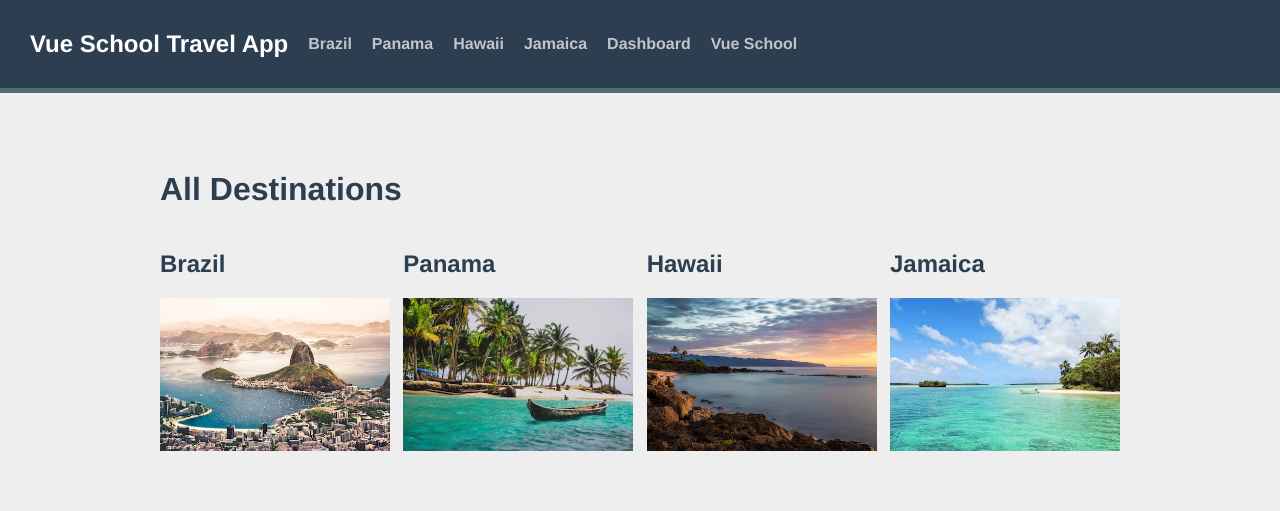
Repository: kyj2034/vue-school-travel-app
Page: /
These files come from the project's save history. The page is drawn as it stood at one moment and after the next save; the edit follows.
The browser window is 1280 px wide. The pictures show the whole page.
The project was rebuilt for these pictures with package versions that can differ from the ones it lists, and the page was loaded fresh each time. Also part of the build but not shown: vite.config.js.

Above is the page before, as saved 2022-09-02 14:35:48.

### index.html
<!DOCTYPE html>
<html lang="en">
  <head>
    <meta charset="UTF-8" />
    <link rel="icon" type="image/svg+xml" href="/vite.svg" />
    <link rel="stylesheet" href="\public\main.css"/>
    <meta name="viewport" content="width=device-width, initial-scale=1.0" />
    <title>Vite + Vue</title>
  </head>
  <body>
    <div id="app"></div>
    <script type="module" src="/src/main.js"></script>
  </body>
</html>

### public/main.css
*,
*:before,
*:after {
  box-sizing: border-box;
}
body {
  padding: 0;
  margin: 0;
  margin-top: 150px;
  background: #eee;
}
#app {
  font-family: Avenir, Helvetica, Arial, sans-serif;
  -webkit-font-smoothing: antialiased;
  -moz-osx-font-smoothing: grayscale;
  color: #2c3e50;
}
a,
a:visited {
  color: #2c3e50;
}
.container {
  margin: 0 auto;
  max-width: 960px;
}

/* Home */
.home img {
  max-width: 230px;
}
.home .destinations {
  display: flex;
  justify-content: space-between;
}

/* Navigation */
#nav {
  position: fixed;
  top: 0;
  left: 0;
  right: 0;
  margin-top: 0;
  padding: 30px;
  background: #2c3e50;
  color: white;
  display: flex;
  align-items: center;
  border-bottom: 5px solid #4e6c71;
  z-index: 2;
}
#nav a {
  display: inline-block;
  margin-right: 20px;
  color: white;
  opacity: 0.7;
  transition: 0.2 ease color;
}
#nav a.router-link-active,
#nav a:hover {
  opacity: 1;
}
#logo {
  font-weight: bold;
  font-size: 1.5rem;
  opacity: 1 !important;
}

a {
  text-decoration: none;
  font-weight: bold;
}

/* Destination Details */
.destination-details {
  display: flex;
  gap: 30px;
  align-items: center;
}
.destination-details img {
  border-radius: 4px;
  border: 3px solid white;
  box-shadow: 0 0 10px 0 rgba(0, 0, 0, 0.2);
}

/*Experiences*/
.experiences {
  padding-top: 30px;
  padding-bottom: 60px;
  margin-top: 30px;
  border-top: 1px solid #d4d4d4;
  box-shadow: 0px -1px #fbfbfb;
}
.experiences .card {
  border-radius: 4px;
  overflow: hidden;
  box-shadow: 0 0 5px 0 rgba(0, 0, 0, 0.2);
  transition: 0.2s ease transform;
}
.experiences .card:hover {
  transform: scale(1.05);
}
.experiences .cards {
  display: flex;
  gap: 20px;
  text-align: center;
}
.experiences img {
  width: 250px;
  height: 150px;
  object-fit: cover;
  display: block;
}
.experiences .card .card__text {
  background: #2c3e50;
  color: white;
  display: block;
  border-top: 2px solid #4e6c71;
  padding: 10px;
}

.experience-details img {
  float: left;
  margin: 10px;
}

/*Modal Overlay*/
.modal-overlay:before {
  content: "";
  position: fixed;
  top: 0;
  left: 0;
  right: 0;
  bottom: 0;
  background: rgba(0, 0, 0, 0.7);
  z-index: 3;
}
.modal-overlay-content {
  border-radius: 3px;
  position: fixed;
  top: 50%;
  left: 50%;
  transform: translate(-50%, -50%);
  z-index: 3;
  min-width: 300px;
  max-width: 800px;
  background: white;
  padding: 15px;
  box-shadow: 0 0 20px 0 rgba(0, 0, 0, 0.3);
}
.close {
  position: absolute;
  top: 0px;
  right: 10px;
  padding: 10px;
  font-size: 1.4rem;
}

.go-back {
  display: inline-block;
  margin-bottom: 15px;
}
/* Form */
.form{
  display:flex;
  flex-direction: column;
  max-width:400px;
  margin: 0 auto;
}

.input{
  border: 1px solid gray;
  padding: 10px;
  margin-bottom:20px;
  border-radius:5px;
}

.btn{
  background-color:#2c3e50;
  color: white;
  padding: 10px;
  border-radius: 5px;
  border:none;
}

### src/main.js
import { createApp } from 'vue'
import App from './App.vue'
import router from '@/router'
import AppLink from '@/components/AppLink.vue'

createApp(App)
  .component('AppLink', AppLink)
  .use(router)
  .mount('#app')

### src/App.vue
<template>
  <TheNavigation/>
  <div class="container">
    <!-- Sidebar -->
    <router-view v-slot="{Component}" class="view left-sidebar" name="LeftSidebar">
        <transition name="fade" mode="out-in">
          <component :is="Component" :key="$route.path"></component>
        </transition>
    </router-view>
    <!-- Main -->
    <router-view v-slot="{Component}" class="main-view">
        <transition name="fade" mode="out-in">
          <component :is="Component" :key="$route.path"></component>
        </transition>
      </router-view>
  </div>
</template>

<script>
import TheNavigation from "@/components/TheNavigation.vue";

export default {
  components: { TheNavigation }
}
</script>

<style lang="css">
.fade-enter-active,
.fade-leave-active{
  transition: opacity 0.3s;
}
.fade-enter,
.fade-leave-to {
  opacity: 0;
}
.container{
  display: flex;
}
.left-sidebar{
  width: 20%;
}
.main-view{
  width: 100%;
}
</style>

### src/router/index.js
import { createRouter, createWebHistory } from 'vue-router'
import Home from '@/views/Home.vue'
import sourceData from '@/data.json'

const routes = [
  { path: '/', name: 'Home', component: Home, alias: "/home" },
  {
    path: '/home', redirect: to => '/'
  },
  {
    path: '/protected',
    name: 'protected',
    components: {
      default: () => import('@/views/Protected.vue'),
      LeftSidebar: () => import('@/components/LeftSidebar.vue'),
    },
    meta: {
      requiresAuth: true,
    }
  },
  {
    path: '/login',
    name: 'login',
    component: () => import('@/views/Login.vue')
  },
  {
    path: '/invoices',
    name: 'invoices',
    components: {
      default: () => import('@/views/Invoices.vue'),
      LeftSidebar: () => import('@/components/LeftSidebar.vue')
    },
    meta: {
      requiresAuth: true,
    }
  },
  {
    path: '/destination/:id/:slug',
    name: 'destination.show',
    component: () => import('@/views/DestinationShow.vue'),
    props: route => ({ ...route.params, id: parseInt(route.params.id) }),
    beforeEnter(to, from) {
      const exists = sourceData.destinations.find(
        destination => destination.id === parseInt(to.params.id)
      )
      if (!exists) return {
        name: 'NotFound',
        //allows keeping th URL while rendering a defferent page
        params: { pathMatch: to.path.split('/').slice(1) },
        query: to.query,
        hash: to.hash,
      }
    },
    children: [
      {
        path: '/destination/:id/:slug/:experienceSlug',
        name: 'experience.show',
        component: () => import('@/views/ExperienceShow.vue'),
        props: route => ({ ...route.params, id: parseInt(route.params.id) }),
      }
    ]
  },
  {
    path: '/:pathMatch(.*)*',  // '/: pathMatch(.*)* '
    name: 'NotFound',
    component: () => import('@/views/NotFound.vue')
  }
]
const router = createRouter({
  history: createWebHistory(),
  routes,
  scrollBehavior(to, from, savedPosition) {
    return savedPosition || new Promise((resolve) => {
      setTimeout(() => resolve({ top: 0, behavior: 'smooth' }), 300)
    })
  }
})
router.beforeEach((to, from) => {
  if (to.meta.requiresAuth && !window.user) {
    //need to login if not already logged in
    return { name: 'login', query: { redirect: to.fullPath } }
  }
})
export default router

### src/components/AppLink.vue
<template>
  <a
    v-if="isExternal"
    target="_blank"
    rel="noopener"
    :href="to"><slot/></a>
  <router-link v-else v-bind="$props"><slot/></router-link>
</template>

<script>
  import {RouterLink} from 'vue-router'
  export default {
    props:{
      ...RouterLink.props
    },
    computed:{
      isExternal(){
        return typeof this.to === 'string' && this.to.startsWith('http')
      }
    }
  }
</script>

### src/components/TheNavigation.vue
<template>
  <div id="nav">
      <AppLink id="logo" to="/"> Vue School Travel App </AppLink>
      <AppLink
        v-for="destination in destinations"
        :key="destination.id"
        :to="{name : 'destination.show', params: {id: destination.id, slug: destination.slug}}"
      >
        {{ destination.name }}
      </AppLink>
      <AppLink :to="{name: 'protected'}"> Dashboard </AppLink>
      <AppLink to="http://vueschool.io">Vue School</AppLink>
  </div>
</template>

<script>
  import sourceData from '@/data.json'
  export default {
    data(){
      return {
        destinations: sourceData.destinations
      }
    }
  }
</script>

### src/views/Home.vue
<template>
  <div class="home">
    <h1>All Destinations</h1>
    <div class="destinations">
      <router-link
      v-for="destination in destinations"
      :key="destination.id"
      :to="{name : 'destination.show', params: {id: destination.id, slug: destination.slug}}"
      >
      <h2> {{ destination.name }}</h2>
      <img :src="`/images/${destination.image}`" alt="destination.name"/>
      </router-link>
    </div>
  </div>
</template>

<script>
import sourceData from '@/data.json'

export default {
  data: () => ({
      destinations : sourceData.destinations
    })
}
</script>

Loaded but not shown: src/data.json (136 lines, source omitted)

After the next save:
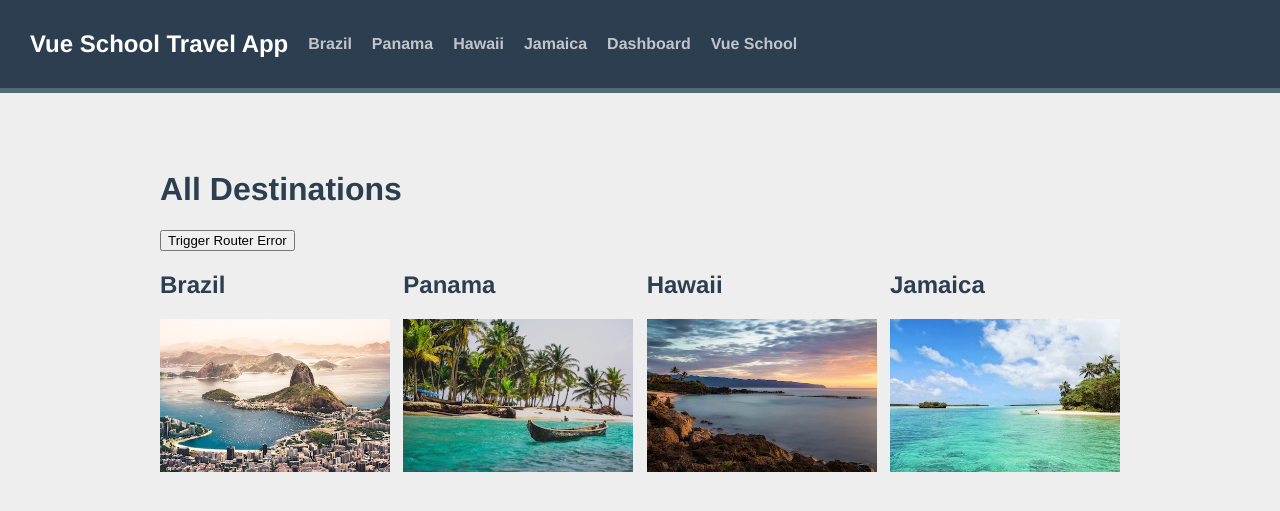
Saved 13 min 57 s later.
--- a/src/views/Home.vue
+++ b/src/views/Home.vue
@@ -1,6 +1,7 @@
 <template>
   <div class="home">
     <h1>All Destinations</h1>
+    <button>Trigger Router Error</button>
     <div class="destinations">
       <router-link
       v-for="destination in destinations"
